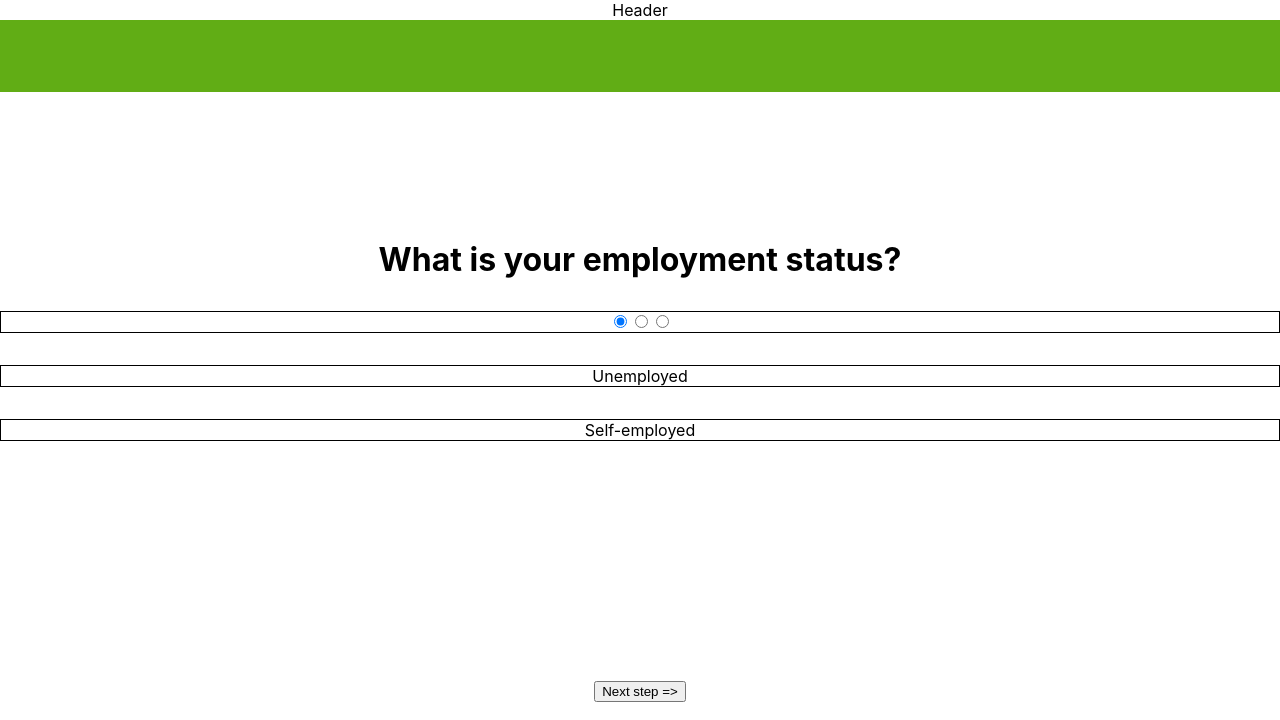
Repository: andbilous/task-survey
Page: /
The author's editor kept a copy of each file at every save. The page is drawn from the files as they stood at one save, then again after a run of saves.
The browser window is 1280 px wide. The pictures show the whole page.
The project was rebuilt for these pictures with package versions that can differ from the ones it lists, and the page was loaded fresh each time.

Above is the page before, as saved 2020-06-16 18:32:24.

### src/App.js
import React from 'react';
import './App.css';
import Header from './components/Header';
import Footer from './components/Footer';
import EmploymentStatusPage from './pages/EmploymentStatus';
import { Provider } from 'react-redux'
import { store } from './redux/store'

function App() {
  return (
    <Provider store={store}>
    <div className="App">
      <Header/>
      <EmploymentStatusPage/>
      <Footer/>
    </div>
    </Provider>
  );
}

export default App;

### src/App.css
*{
  text-align: center;
}
/* .App {
  text-align: center;
  background-color: #333;
}

.App-logo {
  height: 40vmin;
  pointer-events: none;
}

@media (prefers-reduced-motion: no-preference) {
  .App-logo {
    animation: App-logo-spin infinite 20s linear;
  }
}

.App-header {
  background-color: #282c34;
  min-height: 100vh;
  display: flex;
  flex-direction: column;
  align-items: center;
  justify-content: center;
  font-size: calc(10px + 2vmin);
  color: white;
}

.App-link {
  color: #61dafb;
}

@keyframes App-logo-spin {
  from {
    transform: rotate(0deg);
  }
  to {
    transform: rotate(360deg);
  }
} */

### src/components/Header.jsx
import React from "react";

const Header = () => {
  return (
    <div style={styles.general}>
      Header
      <div style={styles.progressBar}></div>
    </div>
  );
};

const styles = {
  general: {
    position: "absolute",
    left: "0%",
    right: "0%",
    top: "0%",
    bottom: "0%",
    height: "133px",
    backgroundColor: "#fff",
  },
  progressBar: {
    height: "72px",
    width: "100%",
    backgroundColor: "#61AD15",
  },
};

export default Header;

### src/components/Footer.jsx
import React from "react";

const Footer = () => {
  return <div style={styles.general}>
    <button>Next step =></button>
  </div>;
};

const styles = {
  general: {
    position: "absolute",
    bottom: "0",
    width: "100%",
    height: "2.5rem",
    backgroundColor: '#fff'
  },
};

export default Footer;

### src/pages/EmploymentStatus.jsx
import React from "react";
import Radio from '@material-ui/core/Radio';
import RadioGroup from '@material-ui/core/RadioGroup';
import FormControlLabel from '@material-ui/core/FormControlLabel';
import FormControl from '@material-ui/core/FormControl';
import FormLabel from '@material-ui/core/FormLabel';

const EmploymentStatusPage = () => {
  const handleChange=(e)=>{
    console.log(e.target.value)
  }
  return (
    <div style={{ backgroundColor: "#fff",marginTop: "15rem" }}>
      <h1>What is your employment status?</h1>
      {/* <FormControl component="fieldset">
      <FormLabel component="legend">Gender</FormLabel>
      <RadioGroup defaultValue="female" aria-label="gender" name="customized-radios">
        <FormControlLabel value="female" control={<StyledRadio />} label="Female" />
        <FormControlLabel value="male" control={<StyledRadio />} label="Male" />
        <FormControlLabel value="other" control={<StyledRadio />} label="Other" />
        <FormControlLabel
          value="disabled"
          disabled
          control={<StyledRadio />}
          label="(Disabled option)"
        />
      </RadioGroup>
    </FormControl> */}
      <form>
        <div id='1' style={{marginTop: '2rem',border: '1px solid black'}} className="radio">
            <input onChange={handleChange} name='1' type="radio" value="Employed" checked={true} />
            <input onChange={handleChange} name='1' type="radio" value="option2" />
            <input onChange={handleChange} name='1' type="radio" value="option3" />
        </div>
        <div style={{marginTop: '2rem',border: '1px solid black'}} className="radio">
          <label>

            Unemployed
          </label>
        </div>
        <div style={{marginTop: '2rem', border: '1px solid black'}} className="radio">
          <label>

            Self-employed
          </label>
        </div>
      </form>
    </div>
  );
};

export default EmploymentStatusPage;

### src/redux/store.js
import { applyMiddleware, createStore } from 'redux';
import logger from 'redux-logger';
import thunk from 'redux-thunk';

import { rootReducer } from './rootReducer';

const middleware = [thunk, logger];

export const store = createStore(rootReducer, applyMiddleware(...middleware));

### src/redux/rootReducer.js
import { combineReducers } from 'redux'
import surveyReducer from './survey/reducer'

export const rootReducer = combineReducers({
  surveyReducer
})

### src/redux/survey/reducer.js
import types from './types'

const initialValues = {
  users: [],
  isLoading: false,
  userData: {}
}

const surveyReducer = (state = initialValues, { type, payload }) => {
  switch (type) {
    case types.FETCH_USERS_START:
    case types.GET_USERDATA_START:
      return {
        ...state,
        isLoading: true
      }
    case types.GET_USERDATA_SUCCESS:
      return {
        ...state,
        isLoading: false,
        userData: payload
      }
    case types.FETCH_USERS_SUCCESS:
      return {
        ...state,
        isLoading: false,
        users: payload
      }
    case types.GET_USERDATA_FAILURE:
    case types.FETCH_USERS_FAILURE:
      return {
        ...state,
        isLoading: true
      }
    default:
      return state
  }
}

export default surveyReducer;

Loaded but not shown: public/index.html (common file); src/index.js (common file); src/index.css (common file); src/serviceWorker.js (common file); src/redux/survey/types.js (no copy from this time; the picture is the same without it)

After the next 3 saves:
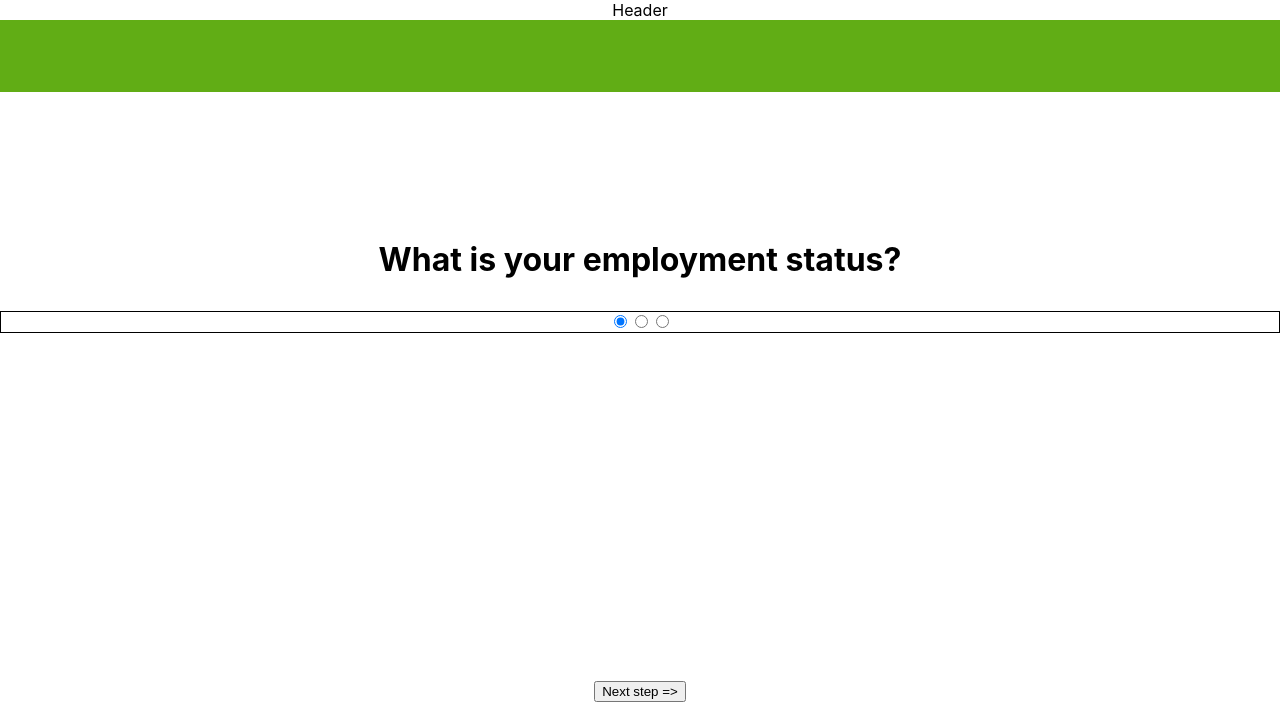
The 3 saves are shown as one change because they came seconds apart.
The last was saved 13 s later.
--- a/src/pages/EmploymentStatus.jsx
+++ b/src/pages/EmploymentStatus.jsx
@@ -32,18 +32,6 @@ const EmploymentStatusPage = () => {
             <input onChange={handleChange} name='1' type="radio" value="option2" />
             <input onChange={handleChange} name='1' type="radio" value="option3" />
         </div>
-        <div style={{marginTop: '2rem',border: '1px solid black'}} className="radio">
-          <label>
-
-            Unemployed
-          </label>
-        </div>
-        <div style={{marginTop: '2rem', border: '1px solid black'}} className="radio">
-          <label>
-
-            Self-employed
-          </label>
-        </div>
       </form>
     </div>
   );
